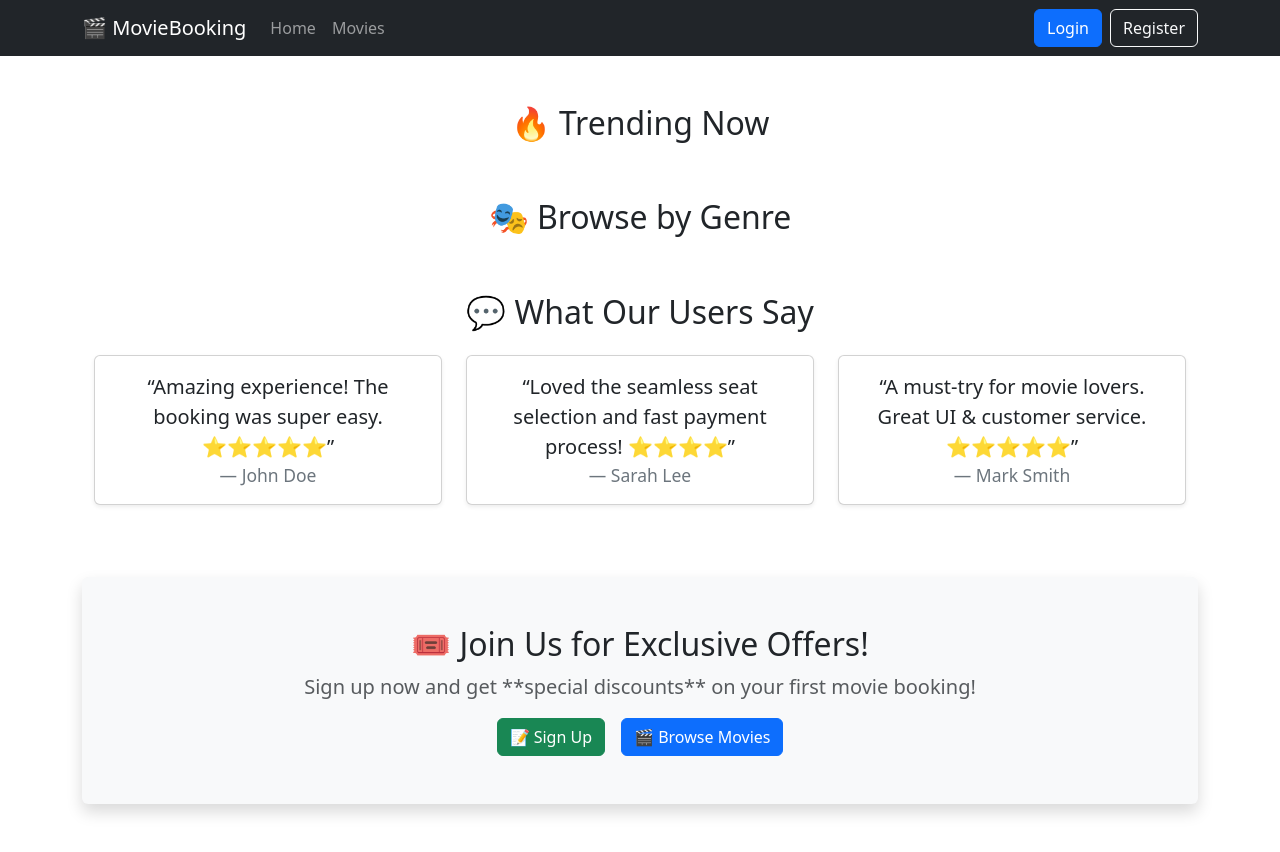
Repository: AshwinUgale/MovieBookingFrontend
Page: /
These files come from the project's save history. The page is drawn as it stood at one moment and after the next save; the edit follows.
The browser window is 1280 px wide. The pictures show the whole page.
The page's requests for data from a server got no answer. The project was rebuilt for these pictures with package versions that can differ from the ones it lists, and the page was loaded fresh each time. No one was signed in, and anything a server would have sent is missing. Also part of the build but not shown: src/components/HeroSection.js, src/components/MovieSearch.js, src/pages/LoginPage.js, src/pages/RegisterPage.js, src/pages/DashboardPage.js, src/utils/PrivateRoute.js, src/pages/MovieList.js, src/pages/ShowtimesPage.js and 6 more.

Above is the page before, as saved 2025-02-21 11:36:51.

### src/index.js
import React from 'react';
import ReactDOM from 'react-dom/client';
import 'bootstrap/dist/css/bootstrap.min.css';


import App from './App';


const root = ReactDOM.createRoot(document.getElementById('root'));
root.render(
  <React.StrictMode>
    <App />
  </React.StrictMode>
);

### src/App.js
import { BrowserRouter as Router, Routes, Route } from "react-router-dom";
import HomePage from "./pages/HomePage";
import LoginPage from "./pages/LoginPage";
import RegisterPage from "./pages/RegisterPage";
import DashboardPage from "./pages/DashboardPage";
import PrivateRoute from "./utils/PrivateRoute";
import MovieList from "./pages/MovieList";
import ShowtimesPage from "./pages/ShowtimesPage";
import AdminMoviePage from "./pages/AdminMoviePage";
import AdminShowtimePage from "./pages/AdminShowtimePage";
import ShowtimePage from "./pages/ShowtimePage";
import PaymentPage from "./pages/PaymentPage";
import BookingHistoryPage from "./pages/BookingHistoryPage";
import CustomNavbar from "./components/Navbar";
import AuthProvider from "./context/AuthContext";


function App() {
  return (
    <AuthProvider>
    <Router>
      <CustomNavbar/>
      <Routes>
        {/* Public Routes */}
        <Route path="/" element={<HomePage />} />
        <Route path="/login" element={<LoginPage />} />
        <Route path="/register" element={<RegisterPage />} />
        <Route path="/movies" element={<MovieList />} />  {/* ✅ Updated path */}
        <Route path="/showtimes/:movieId" element={<ShowtimesPage />} />  {/* ✅ Updated path */}
        <Route path="/showtime/:showtimeId" element={<ShowtimePage />} />
        <Route path="/payment/:bookingId" element={<PaymentPage />} />

        {/* Protected Routes */}
        <Route path="/dashboard" element={<PrivateRoute component={DashboardPage} />} />
        <Route path="/admin/movies" element={<PrivateRoute component={AdminMoviePage} />} />
        <Route path="/admin/showtimes" element={<PrivateRoute component={AdminShowtimePage} />} />
        <Route path="/bookings" element={<PrivateRoute component={BookingHistoryPage} />} />
      </Routes>
    </Router>
    </AuthProvider>
  );
}

export default App;

### src/pages/HomePage.js
import { Container } from "react-bootstrap";
import HeroSection from "../components/HeroSection";
import TrendingMovies from "../components/TrendingMovies";
import MovieSearch from "../components/MovieSearch";
import GenreSection from "../components/GenreSection";
import Testimonials from "../components/Testimonials";
import CallToAction from "../components/CallToAction";

const HomePage = () => {
  return (
    <>
      {/* Hero Banner */}
      {/* <HeroSection /> */}

      <Container className="text-center mt-5">
        {/* Search Bar */}

        {/* Trending Movies */}
        <TrendingMovies />

        {/* Browse by Genre */}
        <GenreSection />

        {/* User Testimonials */}
        <Testimonials />

        {/* Call to Action */}
        <CallToAction />
      </Container>
    </>
  );
};

export default HomePage;

### src/components/Navbar.js
import { Link } from "react-router-dom";
import { useContext } from "react";
import { AuthContext } from "../context/AuthContext"; // ✅ Import AuthContext
import { Navbar, Nav, Container, Button } from "react-bootstrap"; // ✅ Import Bootstrap components

const CustomNavbar = () => {
    const { isAuthenticated, logout } = useContext(AuthContext); // ✅ Use authentication state

    return (
        <Navbar bg="dark" variant="dark" expand="lg">
            <Container>
                <Navbar.Brand as={Link} to="/">🎬 MovieBooking</Navbar.Brand>
                <Navbar.Toggle aria-controls="basic-navbar-nav" />
                <Navbar.Collapse id="basic-navbar-nav">
                    <Nav className="me-auto">
                        <Nav.Link as={Link} to="/">Home</Nav.Link>
                        <Nav.Link as={Link} to="/movies">Movies</Nav.Link>
                        {isAuthenticated && <Nav.Link as={Link} to="/bookings">My Bookings</Nav.Link>}
                    </Nav>
                    <Nav>
                        {!isAuthenticated ? (
                            <>
                                <Button variant="primary" as={Link} to="/login" className="mx-2">Login</Button>
                                <Button variant="outline-light" as={Link} to="/register">Register</Button>
                            </>
                        ) : (
                            <Button variant="outline-light" onClick={logout}>Logout</Button>
                        )}
                    </Nav>
                </Navbar.Collapse>
            </Container>
        </Navbar>
    );
};

export default CustomNavbar;

### src/context/AuthContext.js
import { createContext, useState, useEffect } from "react";

export const AuthContext = createContext();

const AuthProvider = ({ children }) => {
    const [isAuthenticated, setIsAuthenticated] = useState(!!localStorage.getItem("token"));

    useEffect(() => {
        const handleStorageChange = () => {
            setIsAuthenticated(!!localStorage.getItem("token"));
        };

        window.addEventListener("storage", handleStorageChange);

        return () => {
            window.removeEventListener("storage", handleStorageChange);
        };
    }, []);

    const login = (token) => {
        localStorage.setItem("token", token);
        setIsAuthenticated(true);
    };

    const logout = () => {
        localStorage.removeItem("token");
        setIsAuthenticated(false);
    };

    return (
        <AuthContext.Provider value={{ isAuthenticated, login, logout }}>
            {children}
        </AuthContext.Provider>
    );
};

export default AuthProvider;

### src/components/TrendingMovies.js
import React, { useEffect, useState } from "react";
import api from "../services/api";
import { Card, Row, Col } from "react-bootstrap";

const TrendingMovies = () => {
  const [movies, setMovies] = useState([]);

  useEffect(() => {
    async function fetchMovies() {
      try {
        const response = await api.get("/movies");
        setMovies(response.data.slice(0, 6)); // Show 6 trending movies
      } catch (error) {
        console.error("Error fetching movies:", error);
      }
    }
    fetchMovies();
  }, []);

  return (
    <div className="container my-5">
      <h2 className="text-center">🔥 Trending Now</h2>
      <Row>
        {movies.map(movie => (
          <Col key={movie._id} md={4} className="mb-4">
            <Card>
              <Card.Img variant="top" src={movie.posterUrl || "/default-poster.jpg"} />
              <Card.Body>
                <Card.Title>{movie.title}</Card.Title>
                <a href={`/movies/${movie._id}`} className="btn btn-primary">View Details</a>
              </Card.Body>
            </Card>
          </Col>
        ))}
      </Row>
    </div>
  );
};

export default TrendingMovies;

### src/components/GenreSection.js
import React, { useEffect, useState } from "react";
import api from "../services/api";

const GenreSection = () => {
  const [genres, setGenres] = useState([]);

  useEffect(() => {
    async function fetchGenres() {
      const response = await api.get("/movies");
      setGenres([...new Set(response.data.map(movie => movie.genre))]);
    }
    fetchGenres();
  }, []);

  return (
    <div className="container my-5">
      <h2 className="text-center">🎭 Browse by Genre</h2>
      <div className="d-flex flex-wrap justify-content-center">
        {genres.map(genre => (
          <a key={genre} href={`/movies?genre=${genre}`} className="btn btn-outline-secondary m-2">
            {genre}
          </a>
        ))}
      </div>
    </div>
  );
};

export default GenreSection;

### src/components/Testimonials.js
import React from "react";
import { Card, Container, Row, Col } from "react-bootstrap";

const testimonials = [
  { name: "John Doe", review: "Amazing experience! The booking was super easy. ⭐⭐⭐⭐⭐" },
  { name: "Sarah Lee", review: "Loved the seamless seat selection and fast payment process! ⭐⭐⭐⭐" },
  { name: "Mark Smith", review: "A must-try for movie lovers. Great UI & customer service. ⭐⭐⭐⭐⭐" },
];

const Testimonials = () => {
  return (
    <Container className="my-5">
      <h2 className="text-center">💬 What Our Users Say</h2>
      <Row className="mt-4">
        {testimonials.map((testimonial, index) => (
          <Col key={index} md={4} className="mb-4">
            <Card className="h-100 shadow-sm">
              <Card.Body>
                <blockquote className="blockquote mb-0">
                  <p>“{testimonial.review}”</p>
                  <footer className="blockquote-footer">{testimonial.name}</footer>
                </blockquote>
              </Card.Body>
            </Card>
          </Col>
        ))}
      </Row>
    </Container>
  );
};

export default Testimonials;

### src/components/CallToAction.js
import React from "react";
import { Container, Button } from "react-bootstrap";
import { Link } from "react-router-dom";

const CallToAction = () => {
  return (
    <Container className="text-center my-5 py-5 bg-light rounded shadow">
      <h2 className="text-dark">🎟️ Join Us for Exclusive Offers!</h2>
      <p className="lead text-muted">
        Sign up now and get **special discounts** on your first movie booking!
      </p>
      <div className="d-flex justify-content-center">
        <Link to="/register">
          <Button variant="success" className="mx-2">📝 Sign Up</Button>
        </Link>
        <Link to="/movies">
          <Button variant="primary" className="mx-2">🎬 Browse Movies</Button>
        </Link>
      </div>
    </Container>
  );
};

export default CallToAction;

### src/services/api.js
import axios from "axios";

const api = axios.create({
  baseURL: "http://localhost:5000/api",
  headers: {
    "Content-Type": "application/json",
  },
});


api.interceptors.request.use((config) => {
  const token = localStorage.getItem("token");
  if (token) {
    config.headers.Authorization = `Bearer ${token}`;
  }
  return config;
});

export const fetchMovies = async () => {
  const response = await api.get("/movies");
  return response.data;
};


export const fetchShowtimes = async (movieId) => {
  const response = await api.get(`/showtimes?movie=${movieId}`);
  return response.data;
};

export const addMovie = async (movieData) => {
  const token = localStorage.getItem("token");
  const response = await api.post("/movies", movieData, {
    headers: { Authorization: `Bearer ${token}` },
  });
  return response.data;
};

export const addShowtime = async (showtimeData) => {
  const token = localStorage.getItem("token");
  const response = await api.post("/showtimes", showtimeData, {
    headers: { Authorization: `Bearer ${token}` },
  });
  return response.data;
};


export const fetchSeats = async (showtimeId) => {
  try {
    const response = await api.get(`/showtimes/${showtimeId}`);
    return response.data.availableSeats;
  } catch (error) {
    console.error("Error fetching seats:", error);
    throw error;
  }
};


export const bookSeats = async (showtimeId, seats) => {
  try {
    const response = await api.post("/bookings", { showtimeId, seats });
    return response.data;
  } catch (error) {
    console.error("Error booking seats:", error);
    throw error;
  }
};

export const mockPayment = async (bookingId) => {
  try {
      const response = await api.post("/payments/pay", { bookingId });
      return response.data;
  } catch (error) {
      console.error("Error processing mock payment:", error);
      throw error;
  }
};

export const fetchBookingHistory = async () => {
  try {
      const response = await api.get("/bookings/history");  // GET request
      return response.data;
  } catch (error) {
      console.error("Error fetching booking history:", error);
      throw error;
  }
};


export const cancelBooking = async (bookingId) => {
  try {
      const response = await api.delete(`/bookings/${bookingId}`); // DELETE request
      return response.data;
  } catch (error) {
      console.error("Error canceling booking:", error);
      throw error;
  }
};


export default api;

Loaded but not shown: public/index.html (common file)

After the next save:
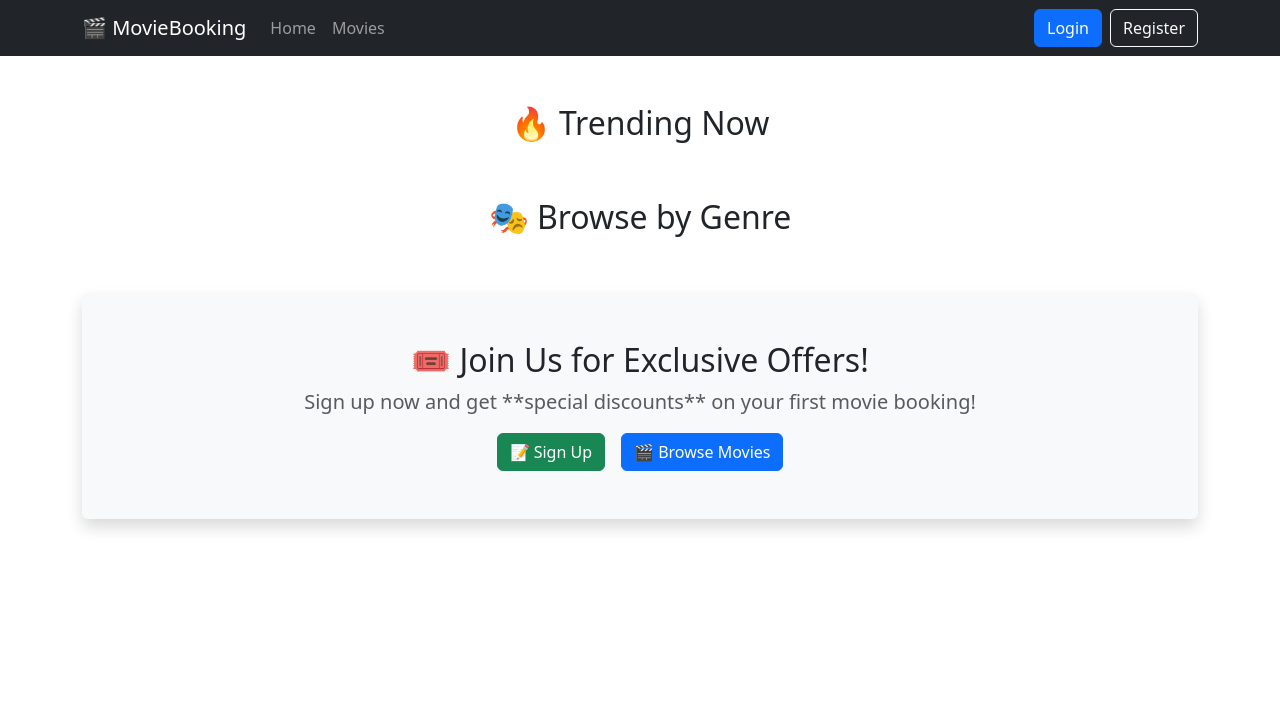
Saved 11 s later.
--- a/src/pages/HomePage.js
+++ b/src/pages/HomePage.js
@@ -22,7 +22,7 @@ const HomePage = () => {
         <GenreSection />
 
         {/* User Testimonials */}
-        <Testimonials />
+
 
         {/* Call to Action */}
         <CallToAction />
